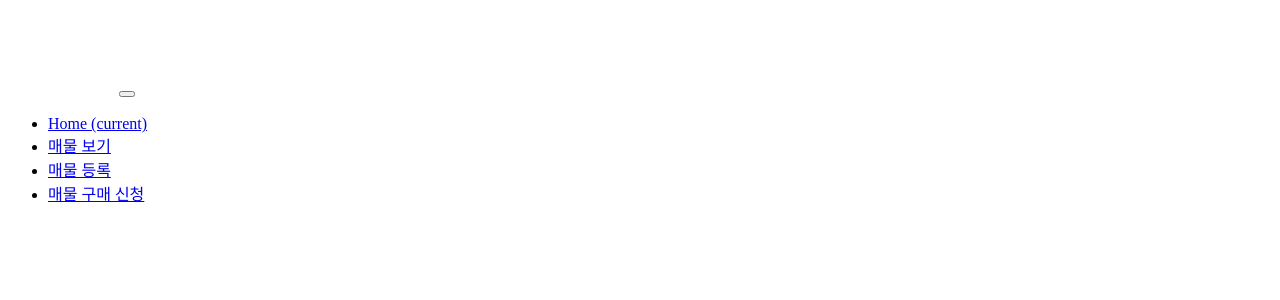
Repository: Leekm0912/2-1_JSP-DB_Project
Page: http://localhost/WebTest/DB/layout/top.jsp
An editor plug-in stored every save of this project. The page is shown before and after the next save, followed by the edit.
The browser window is 1280 px wide. The pictures show the whole page.
The page is served by Tomcat 9. Other server files are loaded and not shown.

Above is the page before, as saved 2020-06-10 04:55:49.

### WebTest/WebContent/DB/layout/top.jsp
<%@ page contentType="text/html; charset=utf-8"%>

<h1 style="color: white;">연암 부동산</h1>
<a class="nav-link" href="join.jsp" style="color:white;">로그인</a>
<a class="nav-link" href="join.jsp" style="color:white;">회원가입</a>
<button class="navbar-toggler" type="button" data-toggle="collapse" data-target="#navbarResponsive" aria-controls="navbarResponsive" aria-expanded="false" aria-label="Toggle navigation">
	<span class="navbar-toggler-icon"></span>
</button>
<div class="collapse navbar-collapse" id="navbarResponsive">
	<ul class="navbar-nav ml-auto">
		<li class="nav-item active"><a class="nav-link" href="main.jsp">Home <span class="sr-only">(current)</span>
		</a></li>
		<li class="nav-item"><a class="nav-link" href="ViewTable.jsp">매물 보기</a></li>
		<li class="nav-item"><a class="nav-link" href="InsertTable.jsp">매물 등록</a></li>
		<li class="nav-item"><a class="nav-link" href="Order.jsp">매물 구매 신청</a></li>
	</ul>
</div>
<%--
<h1 style="color:white;">연암 부동산</h1>
      <button class="navbar-toggler" type="button" data-toggle="collapse" data-target="#navbarResponsive" aria-controls="navbarResponsive" aria-expanded="false" aria-label="Toggle navigation">
        <span class="navbar-toggler-icon"></span>
      </button>
      <div class="collapse navbar-collapse" id="navbarResponsive">
        <ul class="navbar-nav ml-auto">
          <li class="nav-item active">
            <a class="nav-link" href="main.jsp">Home
              <span class="sr-only">(current)</span>
            </a>
          </li>
          <li class="nav-item">
            <a class="nav-link" href="ViewTable.jsp">매물 보기</a>
          </li>
          <li class="nav-item">
            <a class="nav-link" href="InsertTable.jsp">매물 등록</a>
          </li>
          <li class="nav-item">
            <a class="nav-link" href="Order.jsp">매물 구매 신청</a>
          </li>
        </ul>
      </div>
--%>

After the next save:
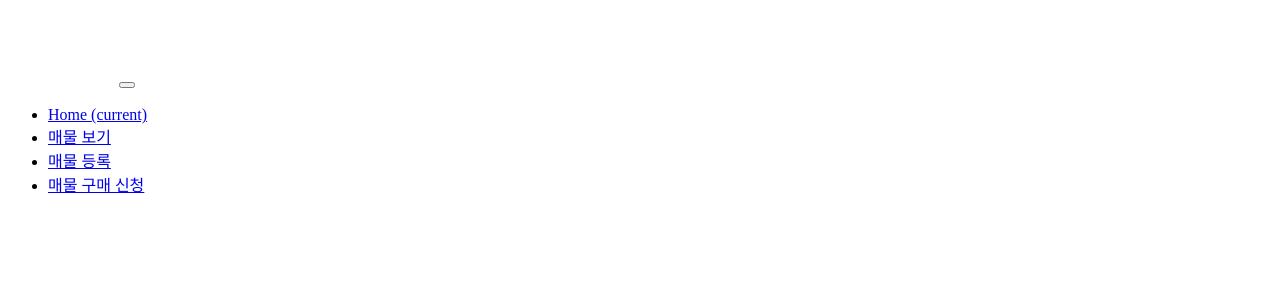
Saved 28 s later.
--- a/WebTest/WebContent/DB/layout/top.jsp
+++ b/WebTest/WebContent/DB/layout/top.jsp
@@ -1,6 +1,8 @@
 <%@ page contentType="text/html; charset=utf-8"%>
 
-<h1 style="color: white;">연암 부동산</h1>
+<h1 style="color: white;">
+	<li class="nav-item active"><a class="nav-link" href="main.jsp">
+</h1>
 <a class="nav-link" href="join.jsp" style="color:white;">로그인</a>
 <a class="nav-link" href="join.jsp" style="color:white;">회원가입</a>
 <button class="navbar-toggler" type="button" data-toggle="collapse" data-target="#navbarResponsive" aria-controls="navbarResponsive" aria-expanded="false" aria-label="Toggle navigation">
